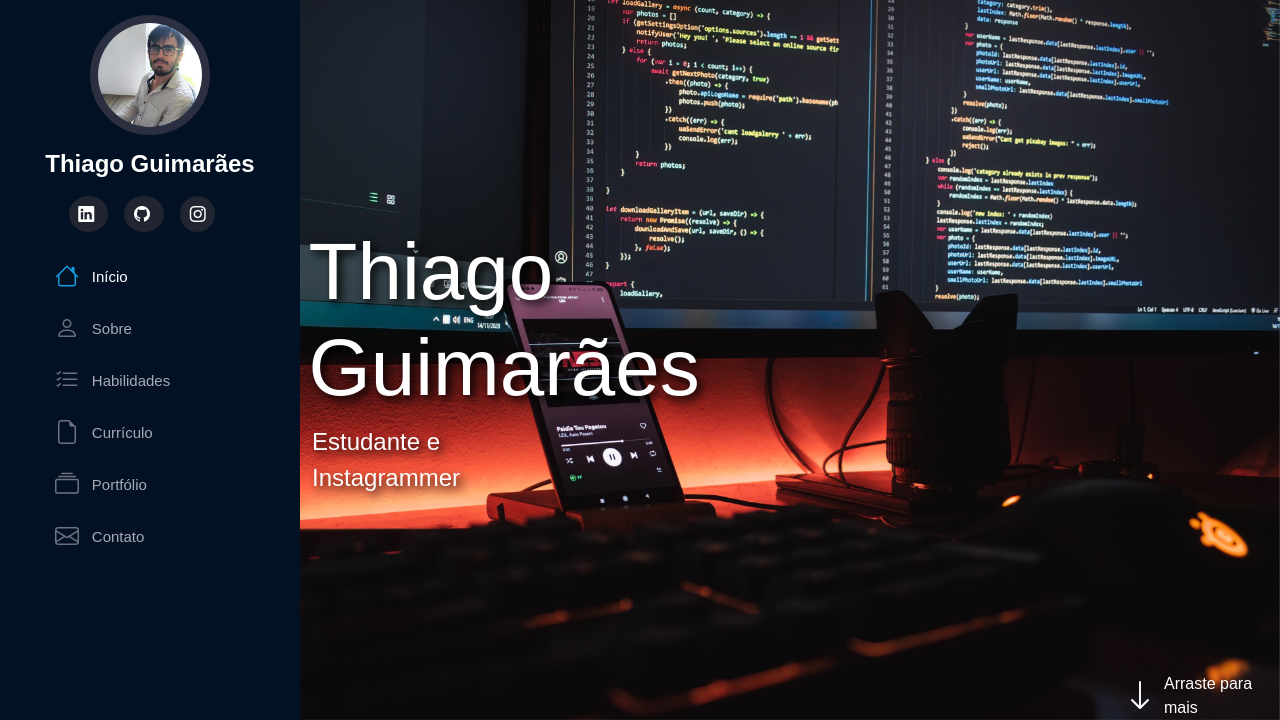
Repository: Rayago/projeto-portfolio
Page: http://localhost/
The author's editor kept a copy of each file at every save. The page is drawn from the files as they stood at one save, then again after the next save.
The browser window is 1280 px wide. The pictures show the whole page.
Some web fonts or font styles are not loaded; a fallback is used. The page is served by the project's application, run on Flask 3 (app.py).

Above is the page before, as saved 2022-07-12 20:38:04.

### templates/index.html
<!DOCTYPE html>
<html lang="pt-br">
<head>
    <meta charset="UTF-8">
    <meta http-equiv="X-UA-Compatible" content="IE=edge">
    <meta name="viewport" content="width=device-width, initial-scale=1.0">
    <link rel="stylesheet" href="../static/bootstrap/css/bootstrap.css">
    <link rel="stylesheet" href="../static/style.css">
    <link rel="icon" type="image/png" href="../static/img">
    <link rel="stylesheet" href="https://cdn.jsdelivr.net/npm/bootstrap-icons@1.8.3/font/bootstrap-icons.css">
    <title>Thiago Guimarães</title>
</head>
<body>

    <i class="bi bi-list menu-mobile"></i>

    <aside id="header">
        <section class="profile">
            <img src="../static/img/meu_perfil.jpg" alt="Foto Perfil"/>
            <h1>Thiago Guimarães</h1>
            <div class="social-links mt-4 text-center">
                <a target="_blank" href="https://www.linkedin.com/in/raymundo-thiago">
                    <i class="bi bi-linkedin"></i>
                </a>
                <a target="_blank" href="https://www.github.com/Rayago">
                    <i class="bi bi-github"></i>
                </a>
                <a target="_blank" href="https://www.instagram.com/estudatech">
                    <i class="bi bi-instagram"></i>
                </a>
            </div>
        </section>

        <nav id="navbar" class="nav-menu">
            <ul class="nav flex-column">
                <li class="nav-item">
                  <a class="nav-link active" aria-current="page" href="#"><i class="bi bi-house" aria-hidden="true"></i> Início</a>
                </li>
                <li class="nav-item">
                  <a class="nav-link" href="#"><i class="bi bi-person" aria-hidden="true"></i> Sobre</a>
                </li>
                <li class="nav-item">
                  <a class="nav-link" href="#"><i class="bi bi-list-check" aria-hidden="true"></i> Habilidades</a>
                </li>
                <li class="nav-item">
                    <a class="nav-link" aria-current="page" href="#"><i class="bi bi-file-earmark" aria-hidden="true"></i> Currículo</a>
                </li>
                <li class="nav-item">
                    <a class="nav-link" href="#"><i class="bi bi-collection" aria-hidden="true"></i> Portfólio</a>
                </li>
                <li class="nav-item">
                    <a class="nav-link" href="#"><i class="bi bi-envelope" aria-hidden="true"></i> Contato</a>
                </li>
              </ul>
        </nav>

    </aside>

    <main id="main">

        <section id="inicio" class="row m-0 p-0">
            <div class="col-md-5 d-flex justify-content-center align-items-center flex-column">
                <h2 class="text-white text-shadow">Thiago Guimarães</h2>
                <span id="subtitle" class="text-white text-shadow">Estudante e Instagrammer</span>
            </div>

            <div class="col-md-7 d-flex justify-content-end align-items-end">
                <div id="arraste" class="d-flex align-items-center">
                    <i class="bi bi-arrow-down text-white pe-2 fs-2" aria-hidden="true"></i>
                    <a href="#">Arraste para mais</a>
                </div>

            </div>

        </section>

    </main>

    <script src="../static/bootstrap/js/bootstrap.bundle.min.js"></script>
    <script src="../static/script.js"></script>
</body>
</html>

### app.py
from flask import Flask, render_template, redirect

app = Flask(__name__)

@app.route('/')
def index():
    return render_template('index.html')

if __name__ == '__main__':
    app.run(debug=True)

### static/style.css
@import url('https://fonts.googleapis.com/css2?family=Ubuntu:ital,wght@0,300;0,400;0,500;0,700;1,300;1,400;1,500;1,700&display=swap');

html, body {
    font-family: Ubuntu, Arial;
    width: 100%;
    height: 100%;
}

#header {
    position: fixed;
    top: 0;
    left: 0;
    bottom: 0;
    background: #021124;
    overflow-y: auto;
    width: 300px;
    transition: all ease-in-out 0.5s;
    padding: 0 15px;
    z-index: 9997;
}

#header .profile img {
    margin: 15px auto;
    display: block;
    width: 120px;
    border: 8px solid #2c2f3f;
    border-radius: 50%;
}

#header .profile h1 {
    font-size: 24px;
    margin: 0;
    padding: 0;
    font-weight: 600;
    text-align: center;
    color: #fff;
}

#header .profile .social-links a {
    font-size: 1rem;
    background: #212431;
    color: #fff;
    padding: 0.6rem;
    margin-right: 1rem;
    border-radius: 50%;
    transition: 0.3s;
    text-decoration: none;
}

#header .profile .social-links a:hover {
    background: #149ddd;
}

.nav-menu {
    padding: 1.5rem;
}

.nav-menu a,
.nav-menu a:focus {
    display: flex;
    align-items: center;
    color: #a8a9b4;
    transition: 0.3s;
    font-size: 15px;
}

.nav-menu a i,
.nav-menu a:focus i {
    font-size: 24px;
    padding-right: 0.8rem;
    color: #6f7180;
}

.nav-menu a:hover,
.nav-menu .active,
.nav-menu .active:focus,
.nav-menu li:hover > a {
    text-decoration: none;
    color: #fff;
}

.nav-menu a:hover i,
.nav-menu .active i,
.nav-menu .active:focus i,
.nav-menu li:hover > a i {
    color: #149ddd;
}

#main{
    margin-left: 300px;
}

section#inicio {
    background-image: url("./img/banner.jpg");
    background-repeat: no-repeat;
    background-size: cover;
    background-attachment: fixed;
    background-position: center;

    width: 100%;
    height: 100vh;
}


section#inicio h2{
    font-size: 5rem;
}

section#inicio span#subtitle{
    margin-right: 8rem;
    font-size: 1.5rem;
}

.text-shadow {
    text-shadow: 4px 4px 10px #000000;
}

section#inicio div#arraste {
    width: 9rem;
}

section#inicio div#arraste a {
    text-decoration: none;
    color: #fff;
}

i.menu-mobile {
    position: fixed;
    color: #fff;
    background-color: #18171D;
    right: 1rem;
    top: 1rem;
    font-size: 1.5rem;
    border-radius: 4rem;
    cursor: pointer;
    z-index: 10;
    width: 45px;
    height: 45px;
    display: none;
    justify-content: center;
    align-items: center;
}

.menu-nav-active {
    overflow: hidden;
}

.menu-nav-active #header {
    left: 0;
}

@media (max-width: 1024px) {
    #header {
        left: -300px;
    }

    i.menu-mobile {
        display: flex;
    }

    section#inicio h2 {
        font-size: 3.5rem;
    }

    section#inicio span#subtitle {
        margin-right: 0;
        font-size: 1rem;
    }

    #main {
        margin-left: 0;
    }
}

### static/script.js
/*Abre e fecha menu lateral no mobile */

const menuMobile = document.querySelector('.menu-mobile')
const body = document.querySelector('body')

menuMobile.addEventListener('click', () => {
    menuMobile.classList.contains("bi-list")
    ? menuMobile.classList.replace("bi-list", "bi-x")
    : menuMobile.classList.replace("bi-x", "bi-list")
})

Loaded but not shown: static/bootstrap/css/bootstrap.css (library); static/bootstrap/js/bootstrap.bundle.min.js (library)

After the next save:
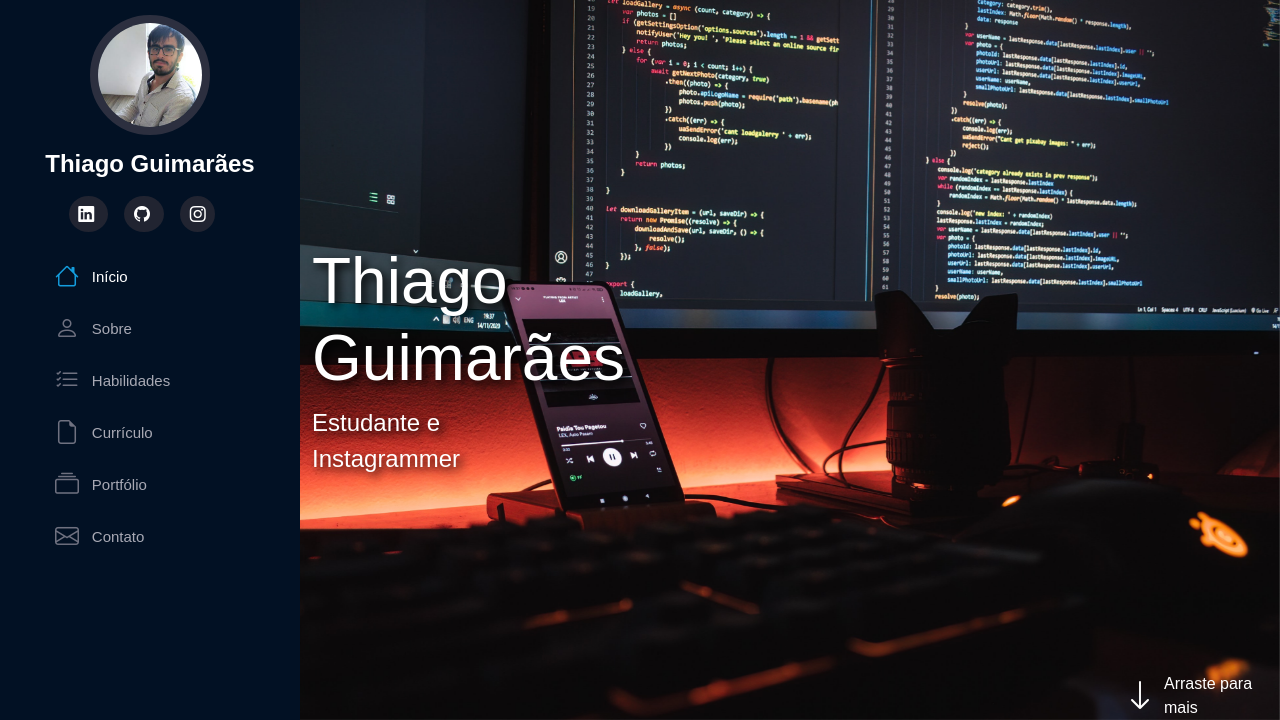
Saved 4 s later.
--- a/static/style.css
+++ b/static/style.css
@@ -103,7 +103,7 @@
 
 
 section#inicio h2{
-    font-size: 5rem;
+    font-size: 4rem;
 }
 
 section#inicio span#subtitle{

After the save that followed:
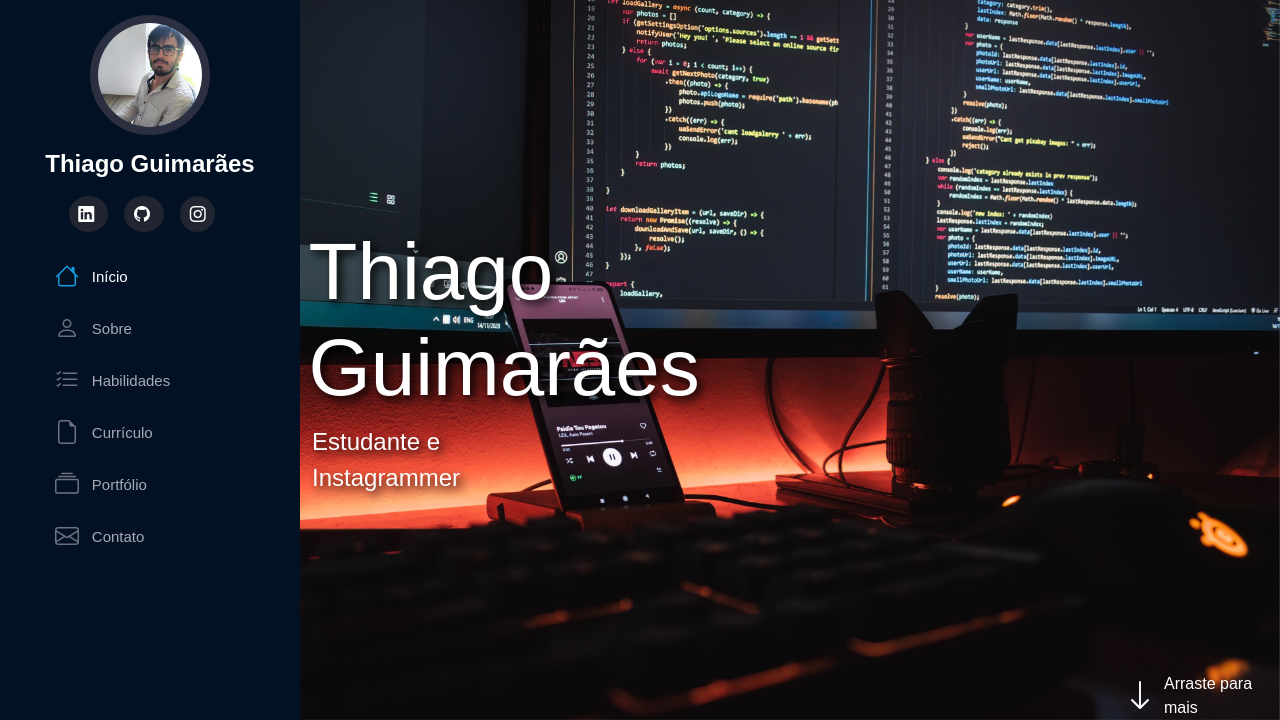
Saved 36 s later.
--- a/static/style.css
+++ b/static/style.css
@@ -103,7 +103,7 @@
 
 
 section#inicio h2{
-    font-size: 4rem;
+    font-size: 5rem;
 }
 
 section#inicio span#subtitle{
